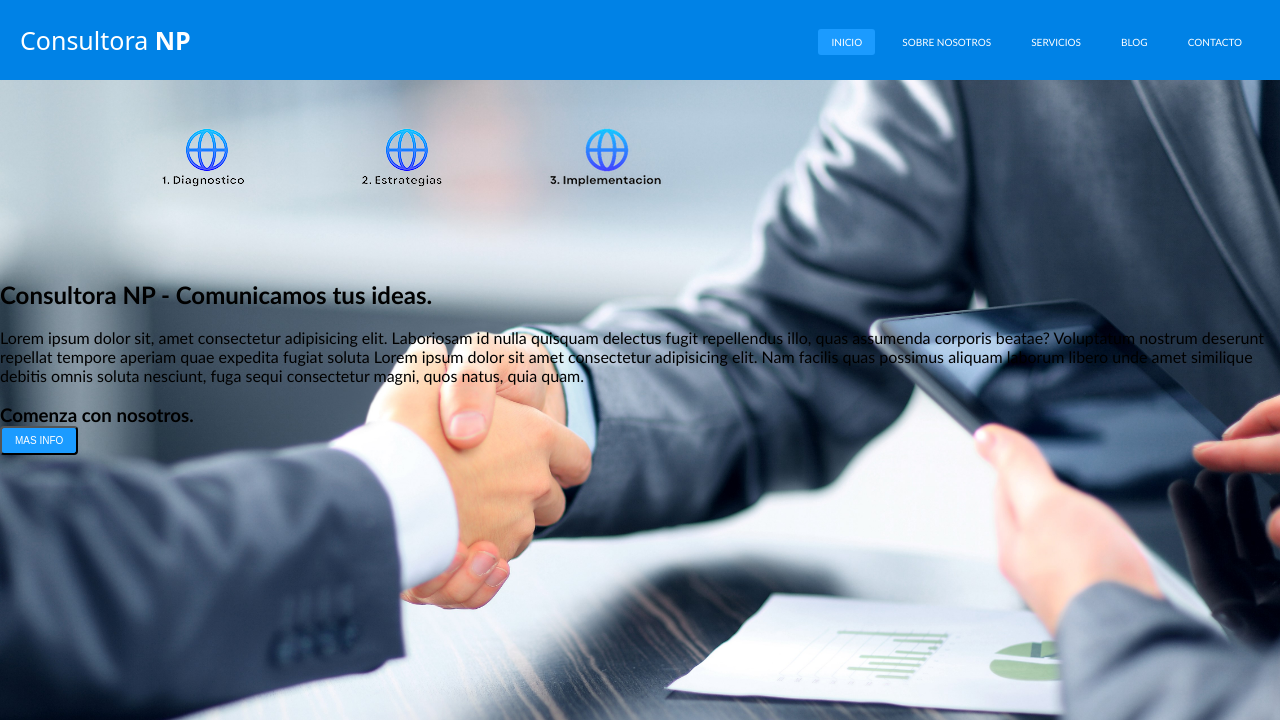
Repository: Batu120/pre-entrega2
Page: index.html
An editor plug-in stored every save of this project. The page is shown before and after the next save, followed by the edit.
The browser window is 1280 px wide. The pictures show the whole page.

Above is the page before, as saved 2022-10-31 16:25:23.

### index.html
<!DOCTYPE html>
<html lang="en" dir="ltr">
<head>
    <meta charset="UTF-8">
    <meta http-equiv="X-UA-Compatible" content="IE=edge">
    <meta name="viewport" content="width=device-width, initial-scale=1.0">
    <title>2da Pre Entrega</title>
    <link rel="stylesheet" href="https://cdnjs.cloudflare.com/ajax/libs/font-awesome/4.7.0/css/font-awesome.min.css">
    <!-- CSS -->
    <link rel="stylesheet" href="CSS/style.css">

</head>
<body>
    <nav>
        <input type="checkbox" id="check">
        <label for="check" class="checkbtn">
            <i style="font-size:24px" class="fa">&#xf0c9;</i>
        </label>
        <label class="logo">Consultora <label class="logo1">NP</label></label>
            <!-- Lista no ordenada -->
            <ul>
                <!-- Items / Menu -->
                <li><a class="active" href="index.html">Inicio</a></li>
                <li><a href="HTML/SobreNosotros.html">Sobre Nosotros</a></li>
                <li><a href="HTML/Servicios.html">Servicios</a></li>
                <li><a href="HTML/Blog.html">Blog</a></li>
                <li><a href="HTML/Contacto.html">Contacto</a></li>
            </ul>
    </nav>

    <section class="section_center">

        <div class="grid-container">
            <img src="/IMG/1.Diagnostico.png" alt="diagnostico">
            <img src="/IMG/2.Estrategia.png" alt="estrategia">
            <img src="/IMG/3.Implementacion.png" alt="implementacion">
        </div>

        <div class="gird-div">
            <!-- titulo h1 -->
            <h1>Consultora NP - Comunicamos tus ideas.</h1>
            <br>
            <!-- Parrafo -->
            <p>Lorem ipsum dolor sit, amet consectetur adipisicing elit. Laboriosam id nulla quisquam delectus fugit repellendus illo, quas assumenda corporis beatae? Voluptatum nostrum deserunt repellat tempore aperiam quae expedita fugiat soluta Lorem ipsum dolor sit amet consectetur adipisicing elit. Nam facilis quas possimus aliquam laborum libero unde amet similique debitis omnis soluta nesciunt, fuga sequi consectetur magni, quos natus, quia quam.</p>
            <br>
            <div><h3>Comenza con nosotros.</h3></div>
            <button class="info">Mas info</button>
        </div>
    </section>


</body>
</html>

### CSS/style.css
body {
    font-family:'Gill Sans', 'Gill Sans MT', Calibri, 'Trebuchet MS', sans-serif;
}

/* NAV BAR - LINKS- RESPONSIVE */
* {
    padding: 0;
    margin: 0;
    text-decoration: none;
    list-style: none;
    box-sizing: border-box;
}
nav {
    background: #0082e6;
    height: 80px;
    width: 100%;
}
/*  */
.logo{
    color: white;
    font-size: 25px;
    line-height: 80px;
    padding: 20px;
    font-weight:lighter;
    font-family:system-ui, -apple-system, BlinkMacSystemFont, 'Segoe UI', Roboto, Oxygen, Ubuntu, Cantarell, 'Open Sans', 'Helvetica Neue', sans-serif;
}
.logo1{
    color: white;
    font-weight: bold;
}
nav ul{
    float: right;
    margin-right: 20px;
    padding-top: 0%;
}
nav ul li{
    display: inline-block;
    line-height: 80px;
    margin: 0 5px;
}
nav ul li a{
    color: white;
    font-size: 10px;
    padding: 7px 13px;
    border-radius: 3px;
    text-transform: uppercase;
}
a.active,a:hover{
    background: #1b9bff;
    transition: .5s;
}
.checkbtn{
    font-size: 30px;
    color: white;
    float: right;
    line-height: 80px;
    margin-right: 30px;
    cursor: pointer;
    display: none;
}
#check{
    display: none;
}
/* PREUBA RESPONSIVE TEST */
@media (max-width: 853px){
    label.logo {
        font-size: 25px;
        padding-left: 50px;
    }
    nav ul li a{
        font-size: 18px;
    }
}
@media (max-width: 853px){
    .checkbtn{
        display: block;
    }
    ul{
        position: fixed;
        width: 100%;
        height: 100vh;
        background: #2c3e50;
        top: 80px;
        left: -100%;
        text-align: center;
        transition: all .5s;
    }
    nav ul li{
        display: block;
        margin: 50px 0;
        line-height: 30px;
    }
    nav ul li a {
        font-size: 20px;
    }
        a:hover,a.active{
        background:none;
        color: #0082e6;
        }
        #check:checked ~ ul{
        left: 0;
        }
    }

    section{
        background: url(/IMG/consultoria_img.jpeg) no-repeat;
        background-size: cover;
        height: calc(100vh - 80px);
    }
    /* IMG page front */
    .grid-container {
        display: grid;
        grid-template-columns: auto auto auto;
        justify-content: center;
        /* margin: 40px; */
    }
    /* Button info */
    .info {
        color: white;
        background-color: #1b9bff;
        font-size: 10px;
        padding: 7px 13px;
        border-radius: 4px;
        text-transform: uppercase;
    }

After the next save:
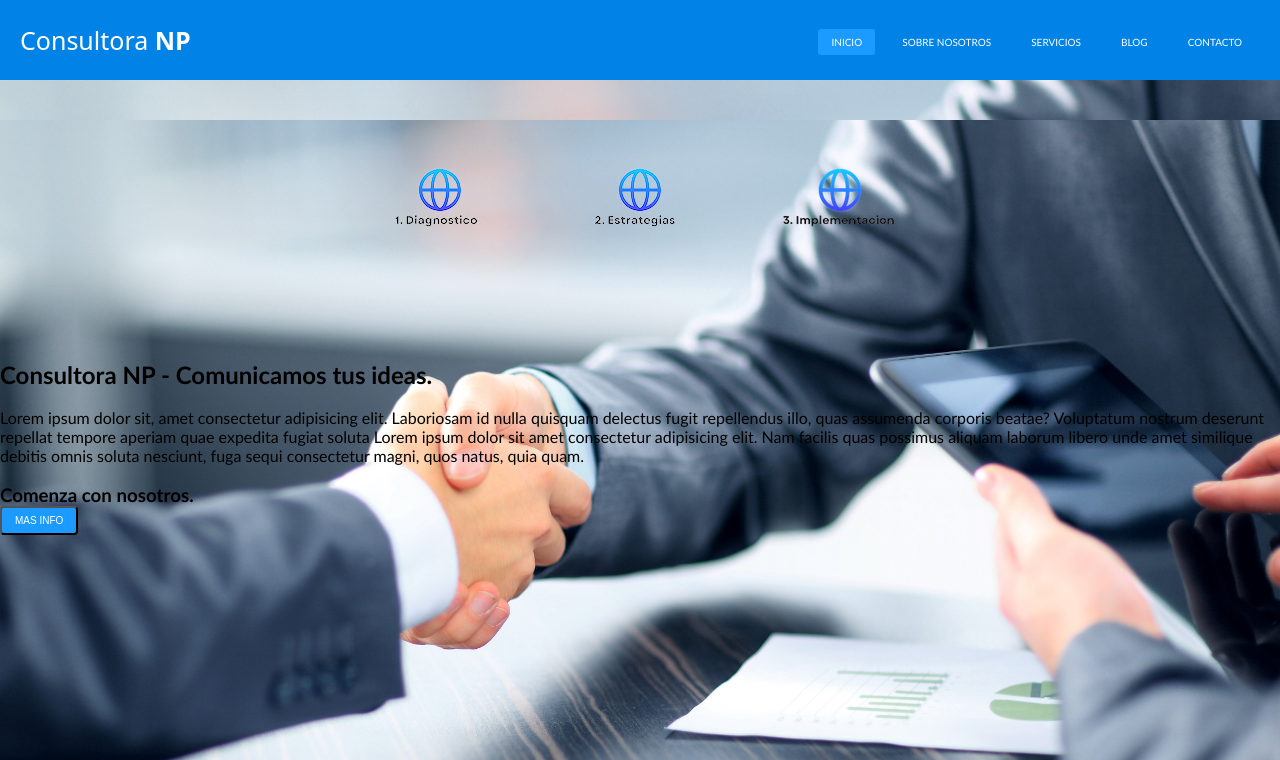
Saved 60 s later.
--- a/CSS/style.css
+++ b/CSS/style.css
@@ -1,4 +1,6 @@
 body {
+    background: url(/IMG/consultoria_img.jpeg) no-repeat;
+        background-size: cover;
     font-family:'Gill Sans', 'Gill Sans MT', Calibri, 'Trebuchet MS', sans-serif;
 }
 
@@ -112,7 +114,7 @@ a.active,a:hover{
         display: grid;
         grid-template-columns: auto auto auto;
         justify-content: center;
-        /* margin: 40px; */
+        margin: 40px;
     }
     /* Button info */
     .info {
